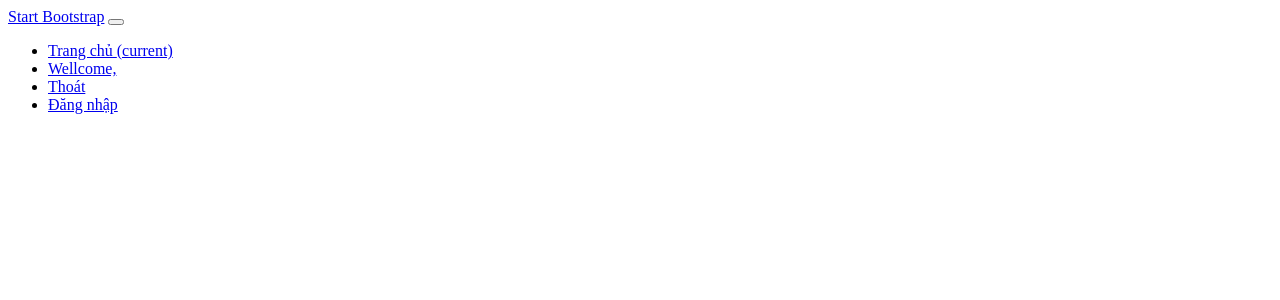
Repository: DuongVanMinhIT/JavaWeb
Page: http://localhost/new-jdbc/common/web/header.jsp
An editor plug-in stored every save of this project. The page is shown before and after the next save, followed by the edit.
The browser window is 1280 px wide. The pictures show the whole page.
The page is served by Tomcat 9. Other server files are loaded and not shown.

Above is the page before, as saved 2020-06-16 06:50:16.

### servlet/new-jdbc/src/main/webapp/common/web/header.jsp
<%@ page language="java" contentType="text/html; charset=UTF-8"
    pageEncoding="UTF-8"%>
<!-- Navigation -->
<nav class="navbar navbar-expand-lg navbar-dark bg-dark fixed-top">
      <div class="container">
        <a class="navbar-brand" href="#">Start Bootstrap</a>
        <button class="navbar-toggler" type="button" data-toggle="collapse" data-target="#navbarResponsive" aria-controls="navbarResponsive" aria-expanded="false" aria-label="Toggle navigation">
          <span class="navbar-toggler-icon"></span>
        </button>
        <div class="collapse navbar-collapse" id="navbarResponsive">
          <ul class="navbar-nav ml-auto">
            <li class="nav-item active">
              <a class="nav-link" href="#">Trang chủ
                <span class="sr-only">(current)</span>
              </a>
            </li>
            <c:if test="${not empty USERMODEL}">
              <li class="nav-item">
                <a class="nav-link" href='#'>Wellcome, ${USERMODEL.fullName}</a>
              </li>
              <li class="nav-item">
                <a class="nav-link" href='<c:url value="/thoat?action=logout"/>'>Thoát</a>
              </li>
            </c:if>
            <c:if test="${empty USERMODEL}">
              <li class="nav-item">
                <a class="nav-link" href='<c:url value="/dang-nhap?action=login"/>'>Đăng nhập</a>
              </li>
            </c:if>
          </ul>
        </div>
      </div>
</nav>

After the next save:
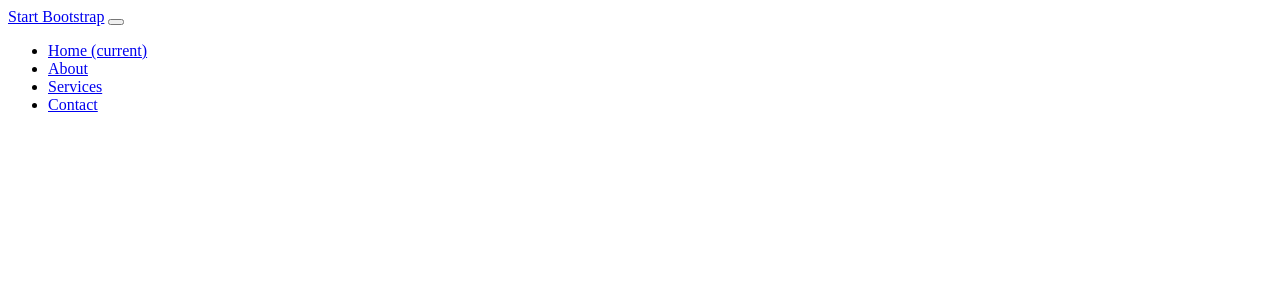
Saved 98 s later.
--- a/servlet/new-jdbc/src/main/webapp/common/web/header.jsp
+++ b/servlet/new-jdbc/src/main/webapp/common/web/header.jsp
@@ -1,33 +1,29 @@
 <%@ page language="java" contentType="text/html; charset=UTF-8"
     pageEncoding="UTF-8"%>
-<!-- Navigation -->
-<nav class="navbar navbar-expand-lg navbar-dark bg-dark fixed-top">
-      <div class="container">
-        <a class="navbar-brand" href="#">Start Bootstrap</a>
-        <button class="navbar-toggler" type="button" data-toggle="collapse" data-target="#navbarResponsive" aria-controls="navbarResponsive" aria-expanded="false" aria-label="Toggle navigation">
-          <span class="navbar-toggler-icon"></span>
-        </button>
-        <div class="collapse navbar-collapse" id="navbarResponsive">
-          <ul class="navbar-nav ml-auto">
-            <li class="nav-item active">
-              <a class="nav-link" href="#">Trang chủ
-                <span class="sr-only">(current)</span>
-              </a>
-            </li>
-            <c:if test="${not empty USERMODEL}">
-              <li class="nav-item">
-                <a class="nav-link" href='#'>Wellcome, ${USERMODEL.fullName}</a>
-              </li>
-              <li class="nav-item">
-                <a class="nav-link" href='<c:url value="/thoat?action=logout"/>'>Thoát</a>
-              </li>
-            </c:if>
-            <c:if test="${empty USERMODEL}">
-              <li class="nav-item">
-                <a class="nav-link" href='<c:url value="/dang-nhap?action=login"/>'>Đăng nhập</a>
-              </li>
-            </c:if>
-          </ul>
-        </div>
+ <!-- Navigation -->
+  <nav class="navbar navbar-expand-lg navbar-dark bg-dark fixed-top">
+    <div class="container">
+      <a class="navbar-brand" href="#">Start Bootstrap</a>
+      <button class="navbar-toggler" type="button" data-toggle="collapse" data-target="#navbarResponsive" aria-controls="navbarResponsive" aria-expanded="false" aria-label="Toggle navigation">
+        <span class="navbar-toggler-icon"></span>
+      </button>
+      <div class="collapse navbar-collapse" id="navbarResponsive">
+        <ul class="navbar-nav ml-auto">
+          <li class="nav-item active">
+            <a class="nav-link" href="#">Home
+              <span class="sr-only">(current)</span>
+            </a>
+          </li>
+          <li class="nav-item">
+            <a class="nav-link" href="#">About</a>
+          </li>
+          <li class="nav-item">
+            <a class="nav-link" href="#">Services</a>
+          </li>
+          <li class="nav-item">
+            <a class="nav-link" href="#">Contact</a>
+          </li>
+        </ul>
       </div>
-</nav>
+    </div>
+  </nav>
